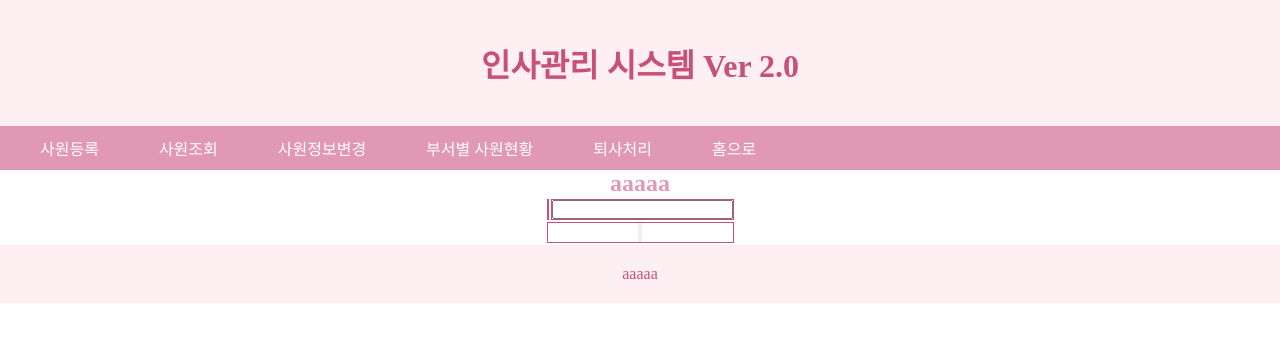
Repository: SeolhwaPark/JSL40_HRDKOREA
Page: http://localhost/HRD_0429/
An editor plug-in stored every save of this project. The page is shown before and after the next save, followed by the edit.
The browser window is 1280 px wide. The pictures show the whole page.
The page is served by Tomcat 9.

Above is the page before, as saved 2020-04-29 04:21:07.

After the next save:
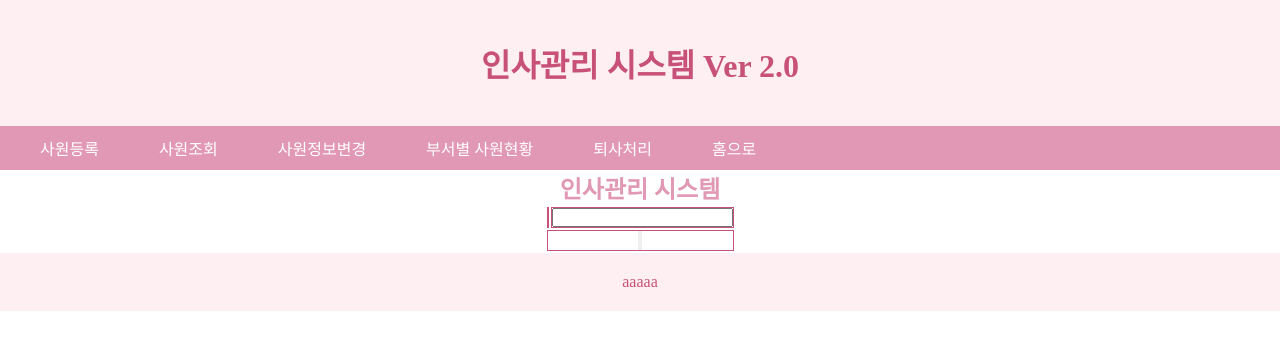
Saved 22 s later.
--- a/HRD_0429/WebContent/index.jsp
+++ b/HRD_0429/WebContent/index.jsp
@@ -46,7 +46,7 @@ a{padding:20px; text-decoration:none; color:#fff}
 </div>
 <div class="section">
 <section>
-	<h2 class="title">aaaaa</h2>
+	<h2 class="title">인사관리 시스템</h2>
 	<div class="content">
 		<form name="" method="post" action="">
 			<table>
